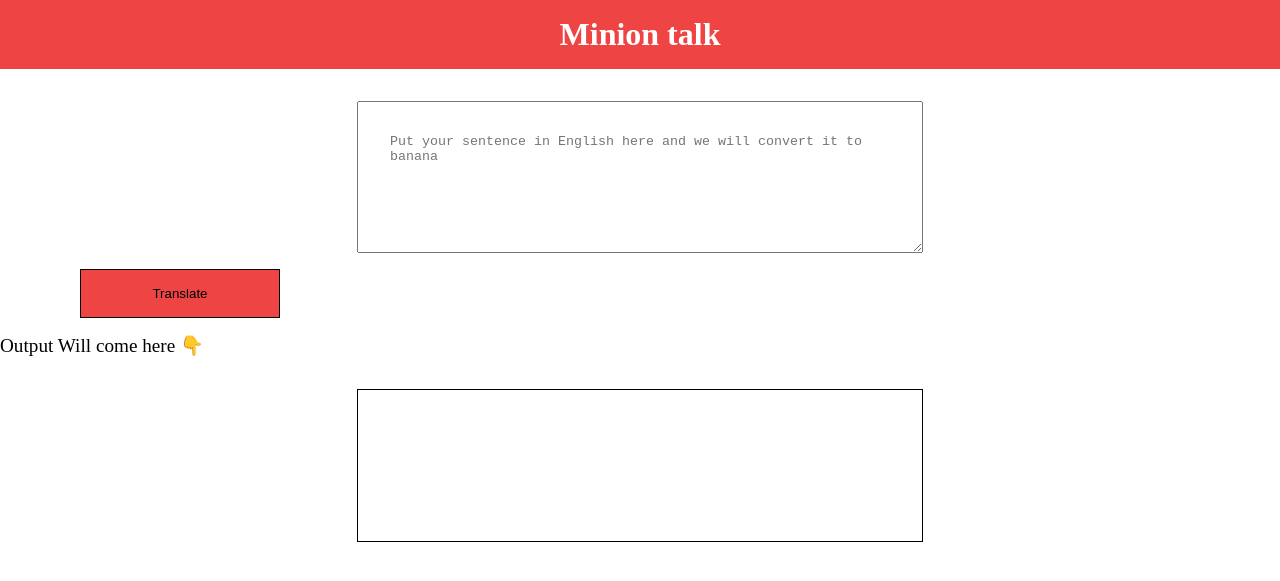
Repository: sohan2503001/Avator-speak
Page: index.html
These files come from the project's save history. The page is drawn as it stood at one moment and after the next save; the edit follows.
The browser window is 1280 px wide. The pictures show the whole page.

Above is the page before, as saved 2021-04-21 03:45:09.

### index.html
<!DOCTYPE html>
<html lang="en">

<head>
    <meta charset="UTF-8">
    <meta http-equiv="X-UA-Compatible" content="IE=edge">
    <meta name="viewport" content="width=device-width, initial-scale=1.0">
    <title>Minion Speak</title>
    <link rel="stylesheet" href="style.css">
</head>

<body>
    <h1>Minion talk</h1>
    <textarea id="txt-input" placeholder="Put your sentence in English here and we will convert it to banana"></textarea>
    <button id="btn-translate" >Translate</button>

    <div style="font-size: larger;">Output Will come here 👇</div>
    <div id="output"></div>

    <script src="app.js" type="text/javascript"></script>
</body>

</html>

### style.css
:root{
    --primary-color:#EF4444;
}

body{
    margin: 0;

}

/**header**/
h1{
    background-color: var(--primary-color);
    margin: auto;
    padding: 1rem;
    text-align: center;
    color: white;
}

/**Center**/
textarea{
    width: 80%;
    max-width: 500px;
    height: 12vh;
    display: block;
    margin: auto;
    margin-top: 2rem;
    padding: 2rem;
}

#btn-translate{
    padding: 1rem;
    width: 200px;
    margin: 1rem 5rem;
    position: relative;
    background-color: var(--primary-color);
    border: 1px solid;
}

#output{
    border: 1px solid black;
    height: 12vh;
    max-width: 500px;
    width: 80%;
    margin: auto;
    margin-top: 2rem;
    padding: 2rem;
}

### app.js
var btnTranslate = document.querySelector("#btn-translate");
var txtInput = document.querySelector("#txt-input");
var outputDiv = document.querySelector("#output");

var serverURL = "https://api.funtranslations.com/translate/minion.json"

function getTranslationURL(text) {
    return serverURL + "?" + "text=" + text
}

function clickHandler() {
    var inputText = txtInput.value;
    fetch(getTranslationURL(inputText))
        .then(response => response.json())
        .then(json => {
            var translatedText = json.contents.translated;
            outputDiv.innerHTML = translatedText;
        })
};

btnTranslate.addEventListener("click", clickHandler);

After the next save:
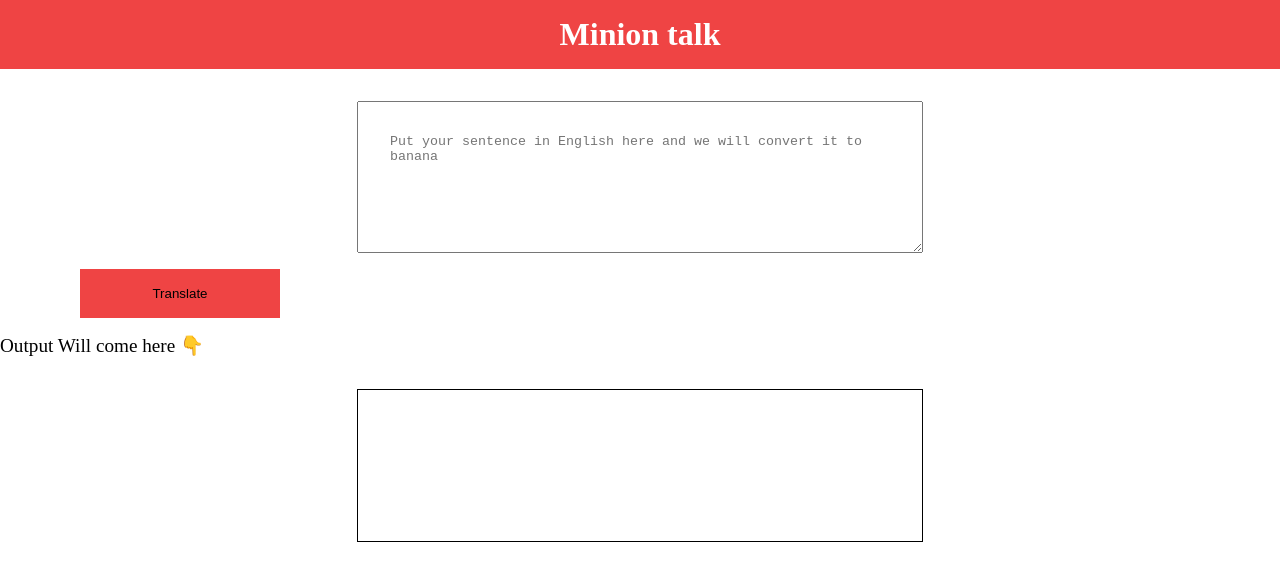
Saved 5 s later.
--- a/style.css
+++ b/style.css
@@ -33,7 +33,7 @@ textarea{
     margin: 1rem 5rem;
     position: relative;
     background-color: var(--primary-color);
-    border: 1px solid;
+    border: 1px solid var(--primary-color);
 }
 
 #output{
